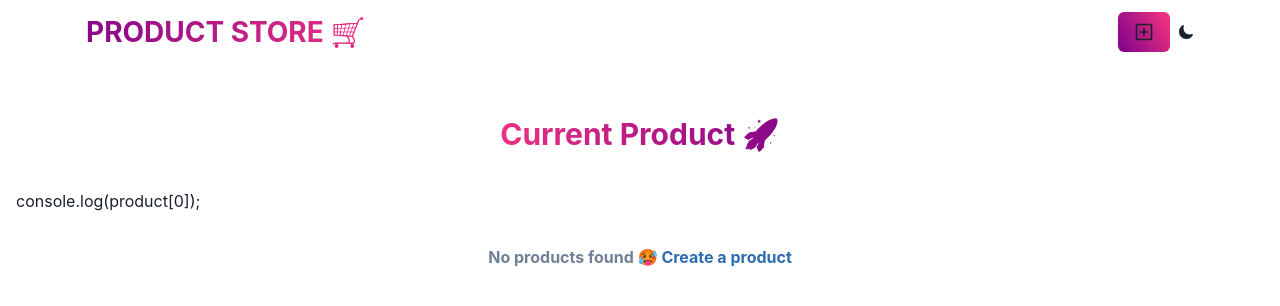
Repository: xiaojing168jmg168/MERN-API
Page: / (app in frontend/)
The author's editor kept a copy of each file at every save. The page is drawn from the files as they stood at one save, then again after the next save.
The browser window is 1280 px wide. The pictures show the whole page.
The page's requests for data from a server got no answer. The project was rebuilt for these pictures with package versions that can differ from the ones it lists, and the page was loaded fresh each time. No one was signed in, and anything a server would have sent is missing. Also part of the build but not shown: frontend/vite.config.js, frontend/src/pages/CreatePage.jsx, frontend/src/components/ProductCard.jsx.

Above is the page before, as saved 2025-01-29 23:13:28.

### frontend/src/main.jsx
import React from "react";
import ReactDOM from "react-dom/client";
import App from "./App.jsx";

import { ChakraProvider } from "@chakra-ui/react";

import { BrowserRouter } from "react-router-dom";

ReactDOM.createRoot(document.getElementById("root")).render(
  <React.StrictMode>
    <BrowserRouter>
      <ChakraProvider>
        {/* 👇 Here's the script */}

        <App />
      </ChakraProvider>
    </BrowserRouter>
  </React.StrictMode>
);

### frontend/src/App.jsx
import { Box, useColorModeValue } from "@chakra-ui/react";
import { Route, Routes } from "react-router-dom";
import CreatePage from "./pages/CreatePage";
import HomePage from "./pages/HomePage";
import Navbar from "./components/Navbar";

function App() {
  return (
    <Box minH={"100vh"} bg={useColorModeValue("red.10", "gray.900")}>
      <Navbar />
      <Routes>
        <Route path="/" element={<HomePage />} />
        <Route path="/create" element={<CreatePage />} />
      </Routes>
    </Box>
  );
}

export default App;

### frontend/src/pages/HomePage.jsx
import { Container, VStack, Text, SimpleGrid } from "@chakra-ui/react";
import { useEffect } from "react";
import { Link } from "react-router-dom";
import { useProductStore } from "../store/product";
import ProductCard from "../components/ProductCard";

const HomePage = () => {
  const { fetchProducts, products } = useProductStore();

  useEffect(() => {
    fetchProducts();
  }, [fetchProducts]);
  console.log("products", products);
  return (
    <Container maxW="container.x1" py={12}>
      <VStack spacing={8}>
        <Text
          fontSize={"30"}
          fontWeight={"bold"}
          bgGradient={"linear(to-l, rgb(135, 7, 137), rgb(237, 48, 130))"}
          bgClip={"text"}
          textAlign={"center"}
        >
          Current Product 🚀
        </Text>

        <SimpleGrid
          columns={{
            base: 1,
            md: 2,
            lg: 3,
          }}
          spacing={10}
          w={"full"}
        >
          {products.map((product) => (
            <ProductCard key={product._id} product={product} />
          ))}
          console.log(product[0]);
        </SimpleGrid>
        <Text
          fontSize="x1"
          textAlign={"center"}
          fontWeight="bold"
          color="gray.500"
        >
          No products found 🥵{" "}
          <Link to={"/create"}>
            <Text
              as="span"
              color="blue.600"
              _hover={{ textDecoration: "underline" }}
            >
              Create a product
            </Text>
          </Link>
        </Text>
      </VStack>
    </Container>
  );
};

export default HomePage;

### frontend/src/components/Navbar.jsx
import {
  Container,
  Flex,
  HStack,
  Text,
  Button,
  useColorMode,
} from "@chakra-ui/react";
import { Link } from "react-router-dom";
import { PlusSquareIcon } from "@chakra-ui/icons";

import { IoMoon } from "react-icons/io5";
import { LuSun } from "react-icons/lu";

const Navbar = () => {
  const { colorMode, toggleColorMode } = useColorMode();
  return (
    <Container maxW={"1140px"} px={4}>
      <Flex
        h={16}
        alignItems={"center"}
        justifyContent={"space-between"}
        flexDir={{
          base: "column",
          sm: "row",
        }}
      >
        <Text
          fontSize={{ base: "22", sm: "28" }}
          fontWeight={"bold"}
          textTransform={"uppercase"}
          textAlign={"center"}
          bgGradient="linear(to-r,rgb(135, 7, 137),rgb(237, 48, 130))"
          bgClip="text"
        >
          <Link to={"/"}>Product Store 🛒</Link>
        </Text>

        <HStack spacing={2} alignItems={"center"}>
          <Link to={"/create"}>
            <Button
              background={
                "linear-gradient(60deg, rgb(135, 7, 137) 10%, rgb(237, 48, 130) 90%)"
              }
            >
              <PlusSquareIcon fontSize={20} />
            </Button>
          </Link>
          <button onClick={toggleColorMode}>
            {colorMode === "light" ? <IoMoon /> : <LuSun size="20" />}
          </button>
        </HStack>
      </Flex>
    </Container>
  );
};

export default Navbar;

### frontend/src/store/product.js
import {create} from "zustand"
export const useProductStore = create((set) =>({
   products:[],
   setProducts: (products) => set({products}),
   createProduct: async (newProduct) =>{
    if(!newProduct.name || !newProduct.image || !newProduct.price){
        return {success:false, message:"Please fill in all fields."}
    }
    const res = await fetch("api/products", {
        method:"POST",
        headers:{
            "Content-Type":"application/json"
        },
        body:JSON.stringify(newProduct)
    })
    const data = await res.json();
    set((state) =>({ products: [...state.products, data.data] }));
    return {success: true, message:"Product created successfully!"}
   },
   fetchProducts: async()=>{
    const res = await fetch("/api/products");
    const data = await res.json();
    set({products: data.data});
   }

}));

//This is a globe state, can use it in any components

Loaded but not shown: frontend/index.html (common file)

After the next save:
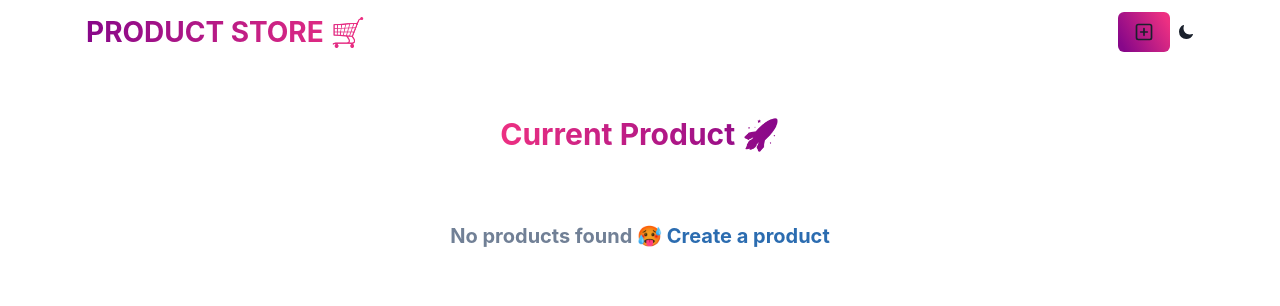
Saved 2 min 37 s later.
--- a/frontend/src/pages/HomePage.jsx
+++ b/frontend/src/pages/HomePage.jsx
@@ -12,7 +12,7 @@ const HomePage = () => {
   }, [fetchProducts]);
   console.log("products", products);
   return (
-    <Container maxW="container.x1" py={12}>
+    <Container maxW="container.xl" py={12}>
       <VStack spacing={8}>
         <Text
           fontSize={"30"}
@@ -36,10 +36,9 @@ const HomePage = () => {
           {products.map((product) => (
             <ProductCard key={product._id} product={product} />
           ))}
-          console.log(product[0]);
         </SimpleGrid>
         <Text
-          fontSize="x1"
+          fontSize="xl"
           textAlign={"center"}
           fontWeight="bold"
           color="gray.500"
